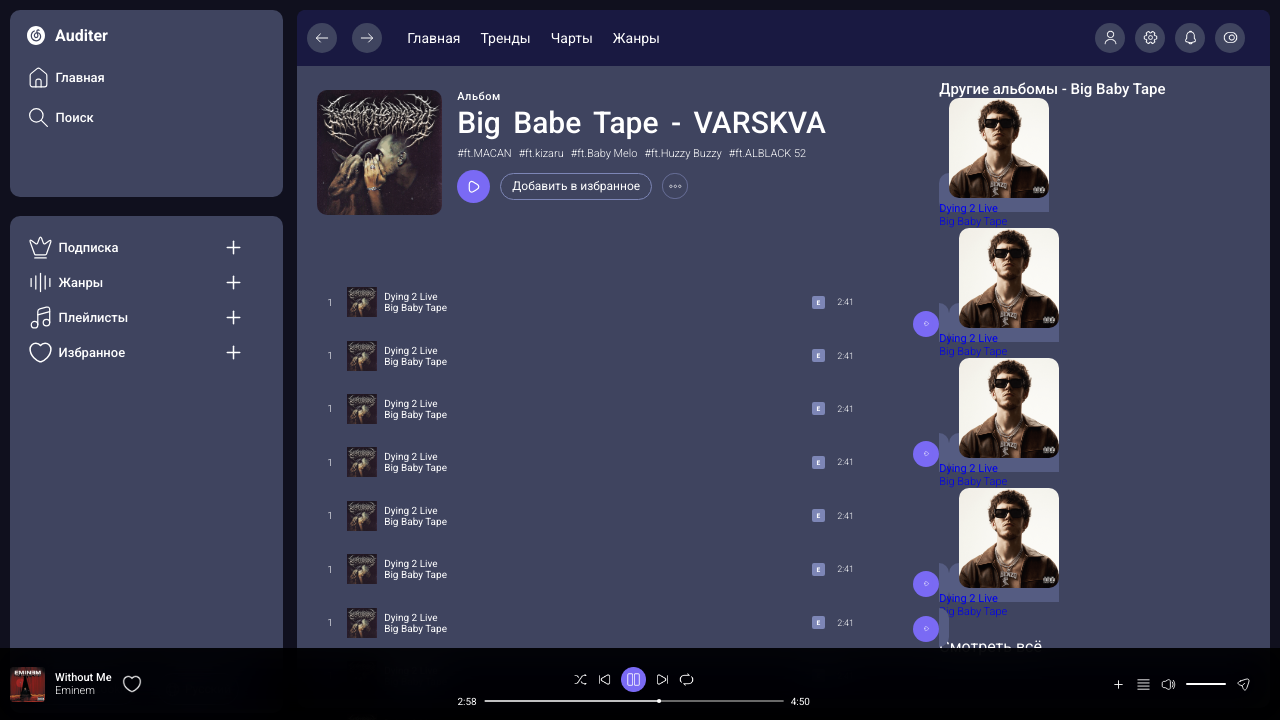
Repository: MaksimKrupkin/music_app
Page: /tracklist
An editor plug-in stored every save of this project. The page is shown before and after the next save, followed by the edit.
The browser window is 1280 px wide. The pictures show the whole page.
The project was rebuilt for these pictures with package versions that can differ from the ones it lists, and the page was loaded fresh each time. Also part of the build but not shown: vite.config.ts, src/Pages/MainPage_demo/MainPage_demo.module.scss, src/Components/MainScreenDemo/MainScreenDemo.module.scss, src/Components/MainScreenHeaderDemo/MainScreenHeaderDemo.module.scss, src/Components/MainScreenHeaderDemo/MainScreenHeaderDemo.tsx, src/Components/MainScreenDemo/Charts/Charts.module.scss, src/Components/MainScreenDemo/Charts/Charts.tsx, src/Components/Card/Card.module.scss and 11 more.

Above is the page before, as saved 2024-02-26 12:10:09.

After the next save:
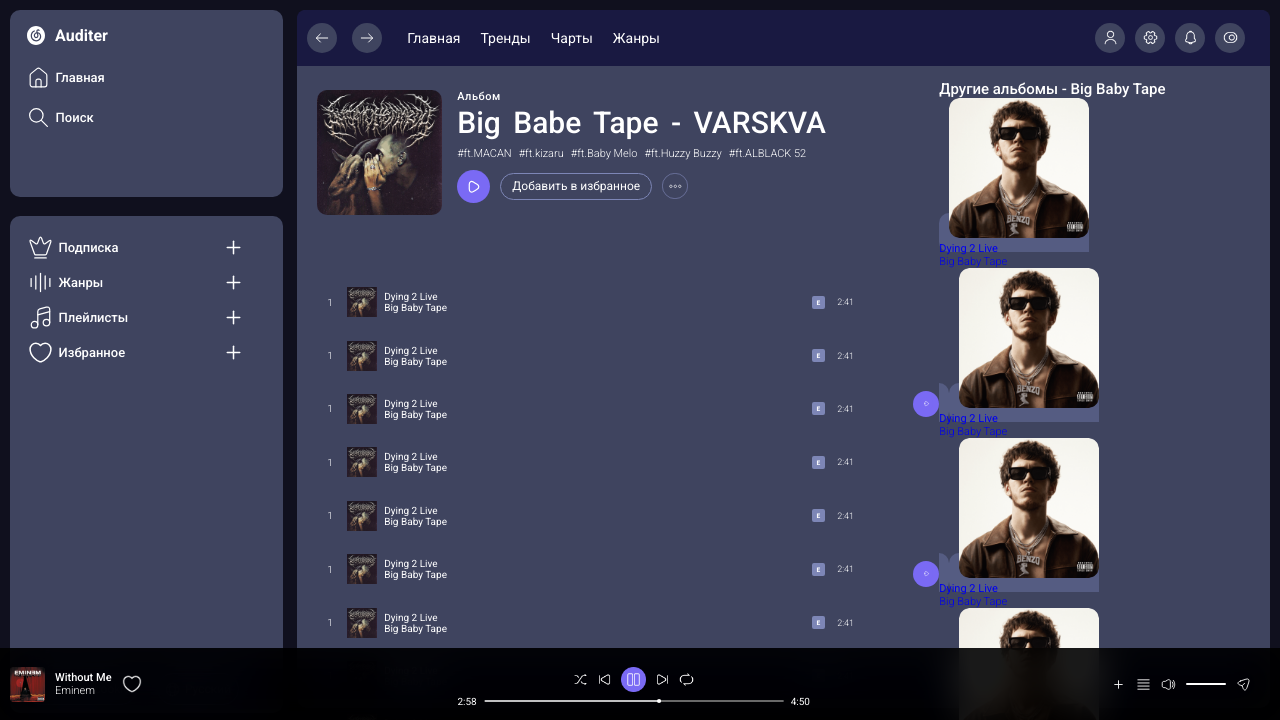
Saved 4 min 40 s later.
--- a/src/Components/Cards/Cards.module.scss
+++ b/src/Components/Cards/Cards.module.scss
@@ -10,7 +10,7 @@
   cursor: pointer;
 
   .image {
-    width: 100px;
+    width: 140px;
     border-radius: 10px;
   }
   .info {
